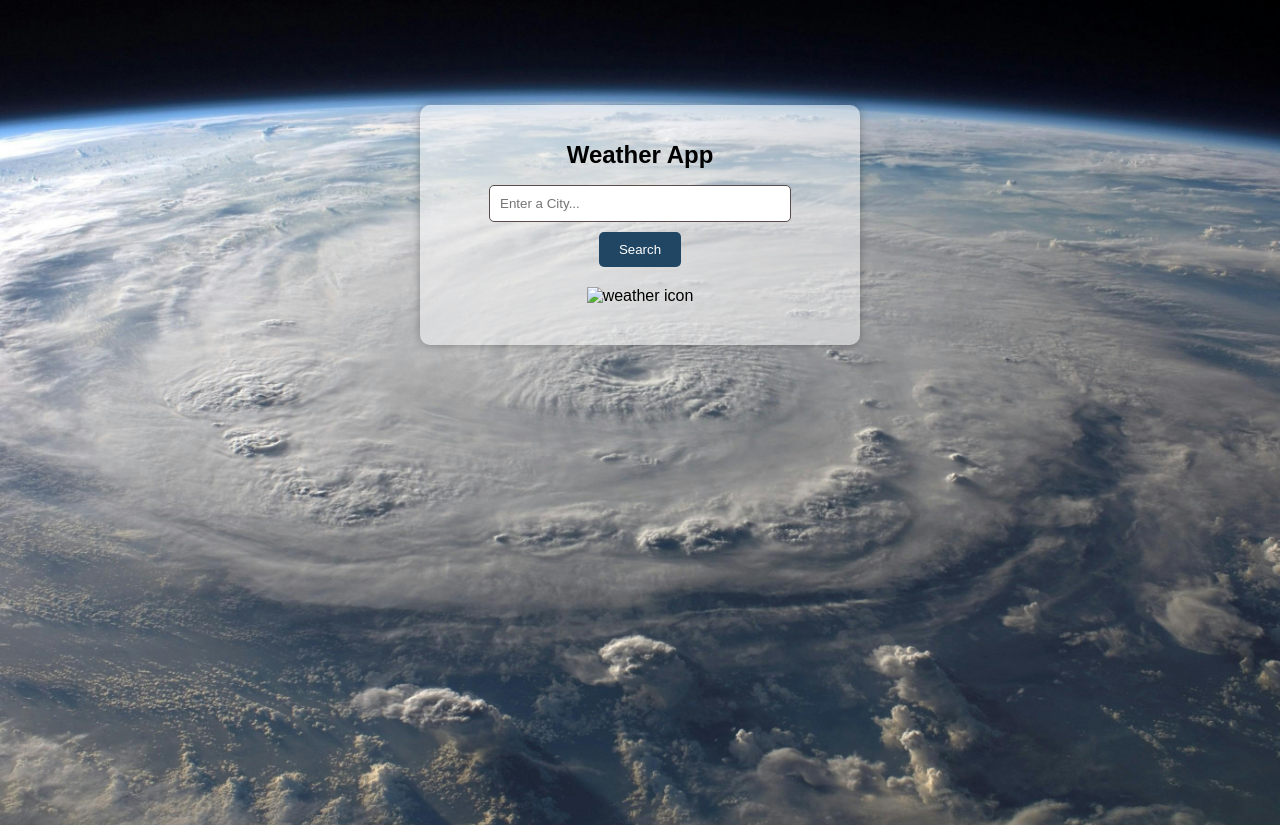
Repository: Dharshinimk-521/weather-app
Page: index.html
The author's editor kept a copy of each file at every save. The page is drawn from the files as they stood at one save, then again after the next save.
The browser window is 1280 px wide. The pictures show the whole page.

Above is the page before, as saved 2026-04-18 18:02:02.

### index.html
<!DOCTYPE html>
<html lang = "en">
    <head>
        <meta charset="UTF-8">
        <meta name="viewport" content="width=device-width, initial-scale=1.0">
        <title>Weather App</title>
        <link rel="stylesheet" href="style.css">
        <script src="script.js" defer></script>
    </head>
    <body>
        <div class="container">
            <h1>Weather App</h1>
            <input type="text" id="locationinput" placeholder="Enter a City...">
            <button id="searchbtn">Search</button>
            <div class="weather-info">
                <img id="weatherIcon" src="" alt="weather icon" />
                <h2 id="location"></h2>
                <p id="temp"></p>
                <p id="desc"></p>
            </div>
        </div>
    </body>

### style.css
body {
    font-family: Arial, sans-serif;
    background-color: #222222;
    background-image: url('bg.jpg');
    background-size: cover;
    background-position: center;
    background-repeat: no-repeat;
    height: 100vh; /* Set the height to fill the viewport */
    margin: 0; /* Remove default margin */
    padding: 0;
}

.container {
    max-width: 400px;
    margin: 0 auto;
    text-align: center;
    padding: 20px;
    background-color: rgba(255, 255, 255, 0.5); /* Set the background color to be transparent */
    border-radius: 10px;
    box-shadow: 0 0 10px rgba(0, 0, 0, 0.3); /* Adjust the alpha value here for the box shadow transparency */
    margin-top: 105px;

}

h1 {
    font-size: 24px;
}

input[type="text"] {
    width: 70%;
    display:block;
    padding: 10px;
    margin: 10px auto;
    border: 1px solid #5b4c4c;
    border-radius: 5px;
}

button {
    background-color: #214664;
    color: #fff;
    border: none;
    padding: 10px 20px;
    border-radius: 5px;
    cursor: pointer;
}

.weather-info {
    margin-top: 20px;
}

### script.js
const apikey='9d76e15c5e2f3128f1e887514771a75d';
const apiUrl='https://api.openweathermap.org/data/2.5/weather';

const iconEle = document.getElementById("weatherIcon");
const locinput=document.getElementById("locationinput");
const searchb=document.getElementById("searchbtn");
const locele=document.getElementById("location");
const tempele=document.getElementById("temp");
const descele=document.getElementById("desc");

searchb.addEventListener("click", () => {
    const loc = locinput.value.trim();
    if(loc){
        fetchw(loc);
    }
});

function fetchw(location) {
    const url= `${apiUrl}?q=${location}&appid=${apikey}&units=metric`;

    fetch(url)
        .then(response => response.json())
        .then(data => {
            if (data.cod !== 200) {

                locele.textContent = "City not found ❌";
                tempele.textContent = "";
                descele.textContent = "";
                console.error(data.message);
                return;
            }

            locele.textContent=data.name;
            tempele.textContent=`${Math.round(data.main.temp)}°C`;
            descele.textContent=data.weather[0].description;
            const icon = data.weather[0].icon;
            const iconUrl = `https://openweathermap.org/img/wn/${icon}@2x.png`;

            iconEle.src = iconUrl;
        })
        .catch(error => {
            console.error('error fetching data',error);
        });
}

After the next save:
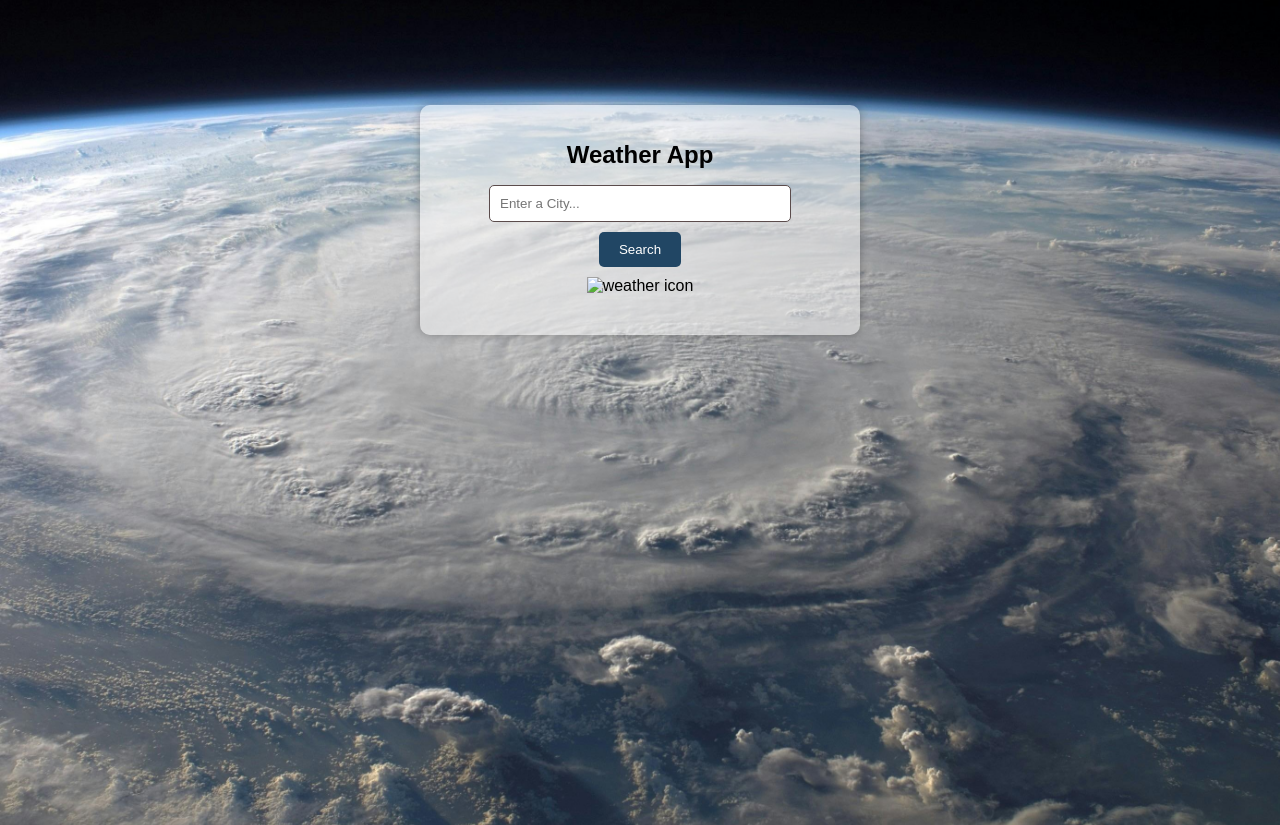
Saved 24 s later.
--- a/style.css
+++ b/style.css
@@ -43,7 +43,8 @@ button {
     border-radius: 5px;
     cursor: pointer;
 }
-
-.weather-info {
-    margin-top: 20px;
+#weatherIcon {
+    width: 80px;
+    height: 80px;
+    margin-top: 10px;
 }
